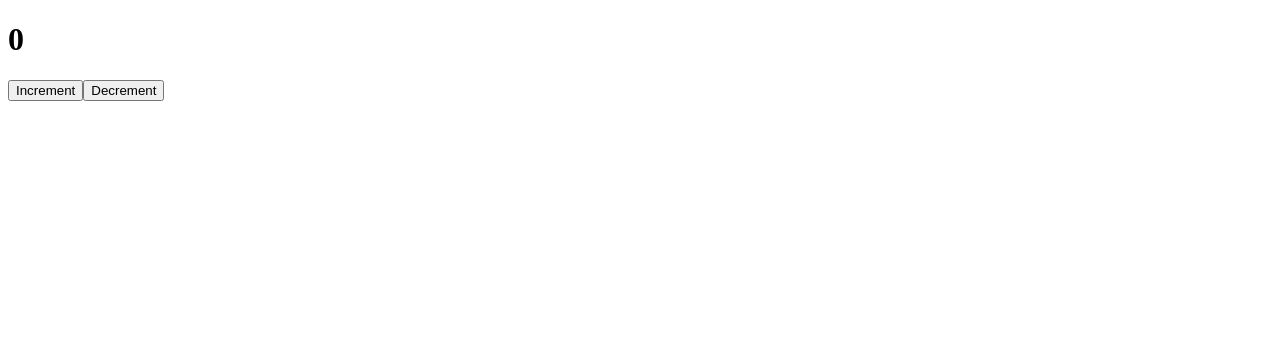
Repository: otvertka/ulb
Page: /
An editor plug-in stored every save of this project. The page is shown before and after the next save, followed by the edit.
The browser window is 1280 px wide. The pictures show the whole page.
The project was rebuilt for these pictures with package versions that can differ from the ones it lists, and the page was loaded fresh each time. Also part of the build but not shown: src/components/Counter.jsx.

Above is the page before, as saved 2023-06-10 11:12:53.

After the next save:
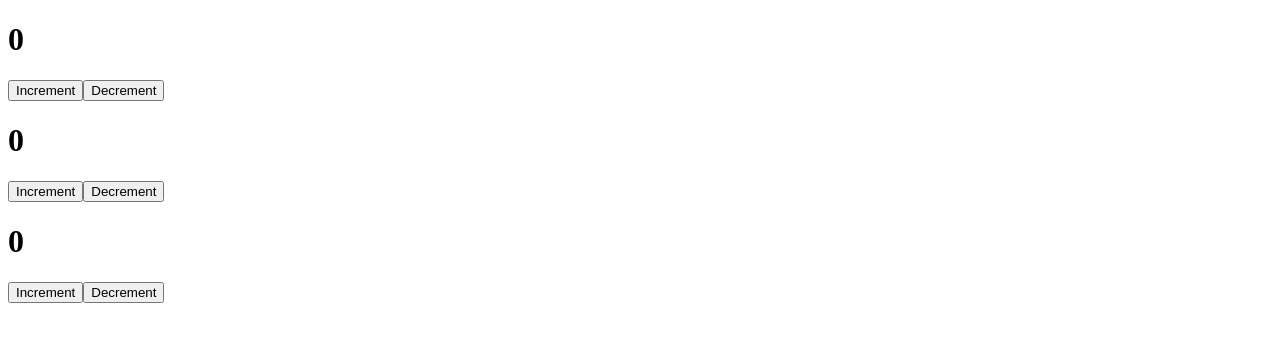
Saved 13 s later.
--- a/src/App.js
+++ b/src/App.js
@@ -10,6 +10,8 @@ function App() {
   return (
     <div className="App">
       <ClassCounter />
+      <ClassCounter />
+      <ClassCounter />
     </div>
   );
 }
